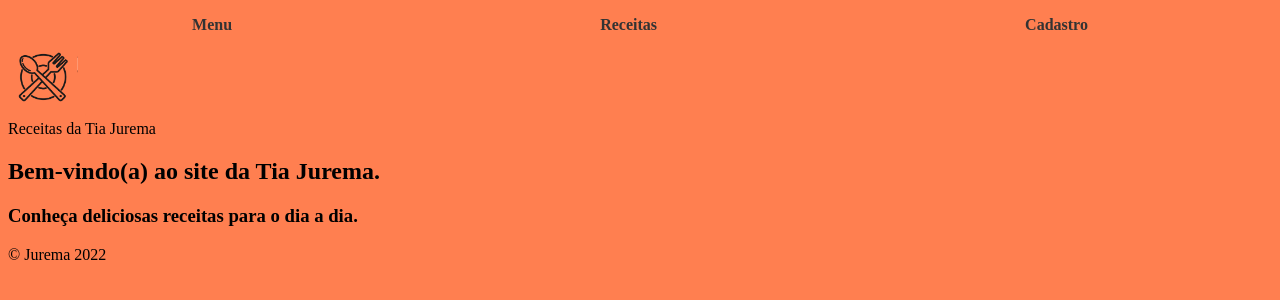
Repository: devropaes/RECEITAS
Page: OneDrive/Área de Trabalho/Estudos/Estácio/receitas/menu.html
These files come from the project's save history. The page is drawn as it stood at one moment and after the next save; the edit follows.
The browser window is 1280 px wide. The pictures show the whole page.
Some web libraries are served in a nearby version.

Above is the page before, as saved 2024-03-12 13:01:00.

After the next save:
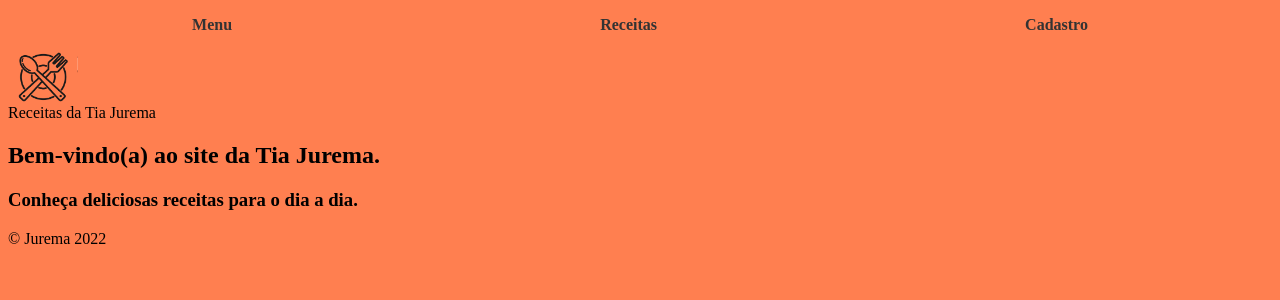
Saved 57 s later.
--- a/OneDrive/Área de Trabalho/Estudos/Estácio/receitas/menu.html
+++ b/OneDrive/Área de Trabalho/Estudos/Estácio/receitas/menu.html
@@ -22,7 +22,7 @@
 
     <main class="logo">
         <img src="./assets/Foto3.png" alt="logo">
-              <p>Receitas da Tia Jurema</p>
+              <a>Receitas da Tia Jurema</a>
 
               <h2>Bem-vindo(a) ao site da Tia Jurema.</h2>
               <h3>Conheça deliciosas receitas para o dia a dia.</h3>
